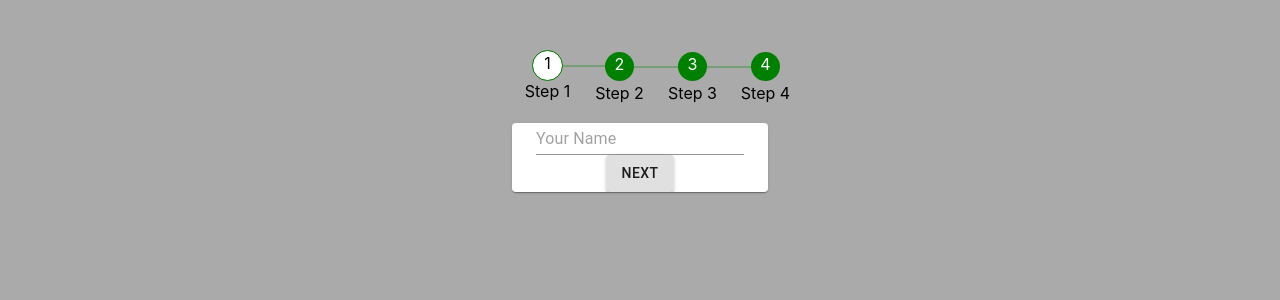
Repository: SD-Mdouka/project_step
Page: /
An editor plug-in stored every save of this project. The page is shown before and after the next save, followed by the edit.
The browser window is 1280 px wide. The pictures show the whole page.
The project was rebuilt for these pictures with package versions that can differ from the ones it lists, and the page was loaded fresh each time.

Above is the page before, as saved 2022-09-05 15:23:40.

### src/index.js
import React from "react";
import ReactDOM from "react-dom/client";
import "./index.css";
import App from "./Steps";
// import { AppBar, Toolbar, Typography } from "@material-ui/core";

const root = ReactDOM.createRoot(document.getElementById("root"));
root.render(
  <React.StrictMode>
    {/* <AppBar>
      <Toolbar>
        <Typography varient="h6">React app</Typography>
      </Toolbar>
    </AppBar> */}
    <App />
  </React.StrictMode>
);

### src/index.css
body {
    background-color: #aaa;
    margin: 0;
    font-family: -apple-system, BlinkMacSystemFont, "Segoe UI", "Roboto", "Oxygen", "Ubuntu", "Cantarell", "Fira Sans", "Droid Sans", "Helvetica Neue", sans-serif;
    -webkit-font-smoothing: antialiased;
    -moz-osx-font-smoothing: grayscale;
}

code {
    font-family: source-code-pro, Menlo, Monaco, Consolas, "Courier New", monospace;
}

.App-Project {
    margin-top: 50px;
    margin-inline: 40% !important;
}

.cirecle {
    width: 29px;
    height: 29px;
    line-height: 25px;
    background-color: green;
    color: white;
    border-radius: 50%;
    -webkit-border-radius: 50%;
    -moz-border-radius: 50%;
    -ms-border-radius: 50%;
    -o-border-radius: 50%;
    border: 2px solid transparent;
    text-align: center;
    cursor: pointer;
    background-clip: padding-box;
    -webkit-background-clip: padding-box;
}

.stepsWrapp {
    display: flex;
    margin-bottom: 20px;
    text-align: center;
}

.stepeBlock .circleWrapper {
    padding: 0px 20px;
    position: relative;
}

.selected .cirecle {
    color: black;
    background-color: white;
    border: 1px solid green;
}

.stepeBlock:not(:last-child)>.circleWrapper::after {
    content: "";
    width: 100%;
    height: 2px;
    position: absolute;
    top: 0px;
    bottom: 0px;
    background-color: green;
    margin: auto;
    z-index: -1;
}

.stepeBlock:not(:last-child)>.circleWrapper::after {
    height: 3px;
    opacity: 1;
}

.stepeBlock:not(:last-child).selected>.circleWrapper::after,
.stepeBlock:not(:last-child).selected~.stepeBlock:not(:last-child)>.circleWrapper::after {
    height: 2px;
    opacity: 0.3;
}

.pages {
    margin: 0 40%;
}

.primaryBtn {
    padding: 10px 25px;
    background-color: green;
    border: none;
    margin: 10px;
    color: white;
    border-radius: 4px;
    -webkit-border-radius: 4px;
    -moz-border-radius: 4px;
    -ms-border-radius: 4px;
    -o-border-radius: 4px;
    cursor: pointer;
}

### src/Steps/index.js
import Step from "./Step";
import PageFlex from "../App";
import React, { useState } from "react";

function App() {
  const labelArray = ["Step 1", "Step 2", "Step 3", "Step 4"];
  const [currentSteps, setCurrentSteps] = useState(1);
  function updateStep(step) {
    setCurrentSteps(step);
  }
  return (
    <div className="App-Project">
      <Step
        labelArray={labelArray}
        currentSteps={currentSteps}
        updateStep={updateStep}
      ></Step>
      <p className="flex-container">
        {" "}
        <PageFlex />
      </p>
    </div>
  );
}

export default App;

### src/Steps/Step/index.js
import React, { useState } from "react";
import NavStep from "./NavStep";

const Step = (props) => {
  return (
    <div className="stepsWrapp">
      {props.labelArray.map((item, index) => (
        <NavStep
          key={index}
          index={index}
          label={item}
          updateStep={props.updateStep}
          selected={props.currentSteps === index + 1}
        ></NavStep>
      ))}
    </div>
  );
};
export default Step;

### src/App.js
import { Button, Card, Container, TextField, Box } from "@material-ui/core";
import { Field, Formik, Form } from "formik";
import React, { useState } from "react";
import * as Yup from "yup";
import "./App.css";

function App() {
  return (
    <div className="App">
      <Card>
        <Container>
          <Formik
            initialValues={{ name: "", age: 18, description: "" }}
            validationSchema={Yup.object().shape({
              name: Yup.string().required("Name is required"),
              age: Yup.number().required("Age is required").min(18, "only +18"),
              description: Yup.string().min(10),
            })}
            onSubmit={(values, { setSubmitting }) => {
              setTimeout(() => {
                alert(JSON.stringify(values, null, 2));
                setSubmitting(false);
              }, 400);
            }}
          >
            {({
              values,
              errors,
              touched,
              handleChange,
              handleBlur,
              handleSubmit,
              validateField,
              isSubmitting,
              /* and other goodies */
            }) => (
              <Form onSubmit={handleSubmit}>
                <FormStps
                  isSubmitting={isSubmitting}
                  validateField={validateField}
                  errors={errors}
                  touched={touched}
                >
                  <Field
                    type="text"
                    name="name"
                    id="name"
                    onChange={handleChange}
                    onBlur={handleBlur}
                    value={values.name}
                    placeholder="Your Name"
                    component={TextField}
                    error={errors.name ? true : false}
                    helperText={errors.name && errors.name}
                  />

                  <Field
                    type="number"
                    name="age"
                    id="age"
                    onChange={handleChange}
                    onBlur={handleBlur}
                    value={values.age}
                    placeholder="Your age"
                    component={TextField}
                    error={errors.age ? true : false}
                    helperText={errors.age && errors.age}
                  />
                  <Field
                    type="text"
                    name="description"
                    id="description"
                    onChange={handleChange}
                    onBlur={handleBlur}
                    value={values.description}
                    placeholder="Description"
                    component={TextField}
                    error={errors.description ? true : false}
                    helperText={errors.description && errors.description}
                  />
                </FormStps>
              </Form>
            )}
          </Formik>
        </Container>
      </Card>
    </div>
  );
}
const FormStps = (props) => {
  const childrenArr = React.Children.toArray(props.children);
  const [step, setStep] = useState(1);
  const name = childrenArr[step - 1].props.name;
  const isErrors = props.errors[name] ? true : false;
  const isTouched = props.touched[name] ? true : false;
  const isEmpty =
    childrenArr[step - 1].props.value !== " " &&
    !childrenArr[step - 1].props.value
      ? true
      : false;
  const goBack = () => {
    setStep(step - 1);
  };
  const goNext = () => {
    if (isTouched && !isErrors) {
      setStep(step + 1);
    } else if (!isEmpty && !isErrors) {
      setStep(step + 1);
    } else {
      props.validateField(name);
    }
  };
  return (
    <>
      {childrenArr[step - 1]}
      {step > 1 && (
        <Button
          disabled={props.isSubmitting}
          variant="contained"
          color="secondary"
          onClick={goBack}
        >
          Back
        </Button>
      )}
      {step < childrenArr.length && (
        <Button
          disabled={props.isSubmitting}
          variant="contained"
          onClick={goNext}
        >
          Next
        </Button>
      )}
      <br />
      {step === childrenArr.length && (
        <Button
          type="submit"
          disabled={props.isSubmitting}
          variant="contained"
          color="primary"
        >
          Submit
        </Button>
      )}
    </>
  );
};
export default App;

### src/Steps/Step/NavStep/index.js
import React from "react";

const NavStep = (props) => {
  return (
    <div className={"stepeBlock" + (props.selected ? " selected" : "")}>
      <div
        className="circleWrapper"
        onClick={() => props.updateStep(props.index + 1)}
      >
        <div className="cirecle">{props.index + 1}</div>
      </div>
      <span>{props.label}</span>
    </div>
  );
};
export default NavStep;

Loaded but not shown: public/index.html (common file); src/App.css (common file)

After the next save:
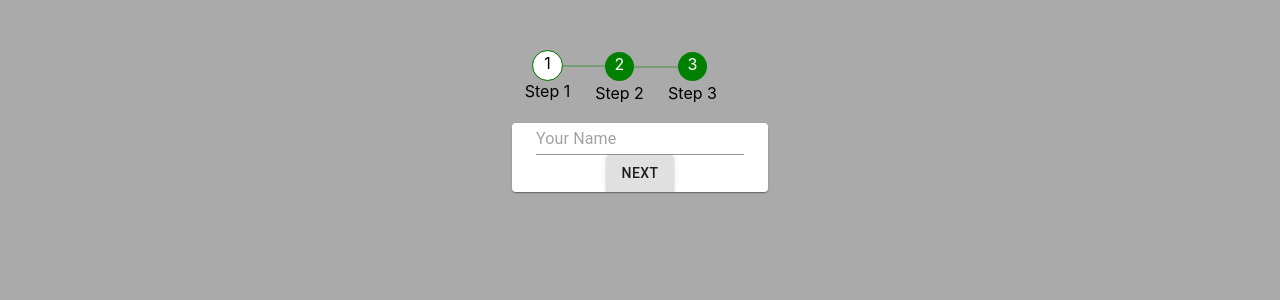
Saved 14 s later.
--- a/src/Steps/index.js
+++ b/src/Steps/index.js
@@ -3,7 +3,7 @@ import PageFlex from "../App";
 import React, { useState } from "react";
 
 function App() {
-  const labelArray = ["Step 1", "Step 2", "Step 3", "Step 4"];
+  const labelArray = ["Step 1", "Step 2", "Step 3"];
   const [currentSteps, setCurrentSteps] = useState(1);
   function updateStep(step) {
     setCurrentSteps(step);
